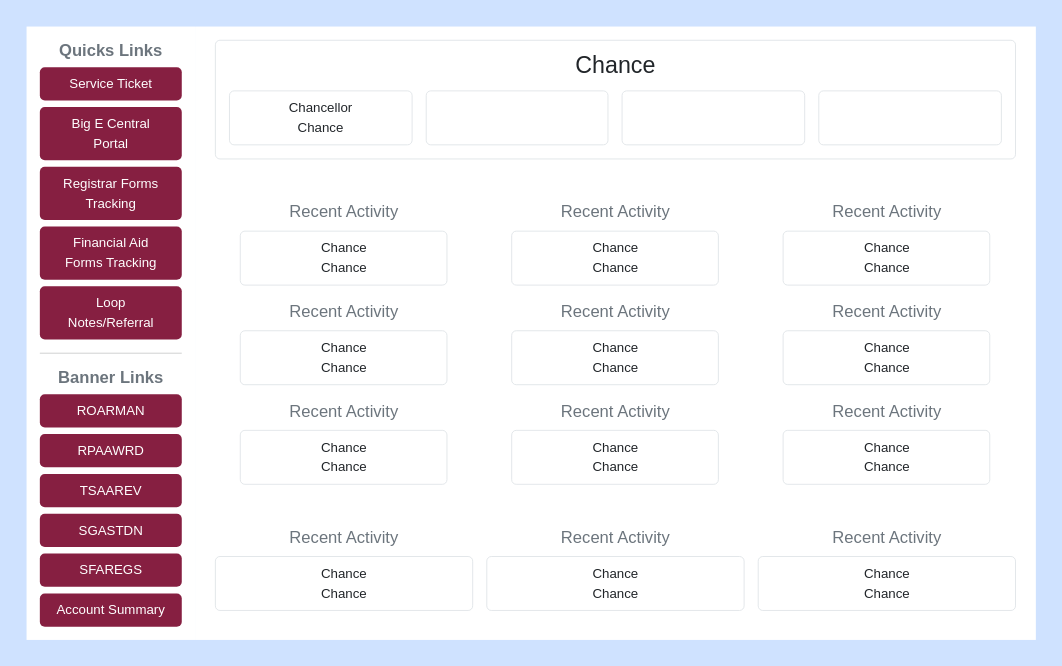
Repository: chancellor-w-whitaker/bec-tab
Page: /
An editor plug-in stored every save of this project. The page is shown before and after the next save, followed by the edit.
The browser window is 1280 px wide. The pictures show the whole page, at 83% of full size.
Some web fonts or font styles are not loaded; a fallback is used. The project was rebuilt for these pictures with package versions that can differ from the ones it lists, and the page was loaded fresh each time. Also part of the build but not shown: vite.config.js.

Above is the page before, as saved 2024-01-07 18:20:49.

### src/main.jsx
// Bootstrap Bundle JS
import "bootstrap/dist/js/bootstrap.bundle.min";
// Bootstrap CSS
import "bootstrap/dist/css/bootstrap.min.css";
import ReactDOM from "react-dom/client";
import React from "react";

import App from "./App.jsx";
import "./index.css";

ReactDOM.createRoot(document.getElementById("root")).render(
  <React.StrictMode>
    <App />
  </React.StrictMode>
);

### src/App.jsx
import { useEffect } from "react";

import "./App.css";

const useBodyBgVariant = (bgVariant = "body-tertiary") => {
  useEffect(() => {
    document.body.classList.add(`bg-${bgVariant}`);

    return () => {
      document.body.classList.remove(`bg-${bgVariant}`);
    };
  }, [bgVariant]);
};

const Card = ({
  children = (
    <>
      <div>Chance</div>
      <div>Chance</div>
    </>
  ),
  title = "Recent Activity",
  width = 250,
}) => {
  return (
    <>
      <div className="d-flex flex-column gap-2 text-center" style={{ width }}>
        <div className="fs-5 text-secondary fw-medium">{title}</div>
        <div className="p-2 border rounded bg-white">{children}</div>
      </div>
    </>
  );
};

const NavItem = ({ href = "https://www.eku.edu/", ...rest }) => {
  return (
    <li className="nav-item">
      <a
        style={{ backgroundColor: "#861f41" }}
        className="nav-link active"
        aria-current="page"
        rel="noreferrer"
        target="_blank"
        href={href}
        {...rest}
      ></a>
    </li>
  );
};

const Sidebar = () => {
  return (
    <>
      <div className="sidebar col-md-3 col-lg-2 p-3 bg-white">
        <div className="d-flex flex-column text-center">
          <div className="fs-5 mb-2 lh-sm fw-semibold text-secondary">
            Quicks Links
          </div>
          <ul className="nav nav-pills flex-column gap-2">
            <NavItem>Service Ticket</NavItem>
            <NavItem>Big E Central Portal</NavItem>
            <NavItem>Registrar Forms Tracking</NavItem>
            <NavItem>Financial Aid Forms Tracking</NavItem>
            <NavItem>Loop Notes/Referral</NavItem>
          </ul>
        </div>
        <hr></hr>
        <div className="d-flex flex-column text-center">
          <div className="fs-5 mb-2 lh-sm fw-semibold text-secondary">
            Banner Links
          </div>
          <ul className="nav nav-pills flex-column gap-2">
            <NavItem>ROARMAN</NavItem>
            <NavItem>RPAAWRD</NavItem>
            <NavItem>TSAAREV</NavItem>
            <NavItem>SGASTDN</NavItem>
            <NavItem>SFAREGS</NavItem>
            <NavItem>Account Summary</NavItem>
          </ul>
        </div>
      </div>
    </>
  );
};

const Main = () => {
  return (
    <>
      <div className="col-md-9 ms-sm-auto col-lg-10 px-md-4 py-3 bg-white">
        <div className="d-flex flex-column gap-5">
          {/* <div className="text-bg-light p-2"></div> */}
          {/* <Card width={"auto"}></Card> */}
          <div className="rounded border text-center p-3 d-flex flex-column gap-3">
            <div className="fs-3 lh-1">Chance</div>
            <div className="d-flex gap-3">
              <div className="border rounded p-2 d-flex flex-column w-100">
                <div>Chancellor</div>
                <p className="mb-0">Chance</p>
              </div>
              <div className="border rounded p-2 d-flex flex-column w-100">
                <div></div>
                <div></div>
              </div>
              <div className="border rounded p-2 d-flex flex-column w-100">
                <div></div>
                <div></div>
              </div>
              <div className="border rounded p-2 d-flex flex-column w-100">
                <div></div>
                <div></div>
              </div>
            </div>
          </div>
          <div className="d-flex flex-row flex-wrap justify-content-around gap-3">
            <Card></Card>
            <Card></Card>
            <Card></Card>
            <Card></Card>
            <Card></Card>
            <Card></Card>
            <Card></Card>
            <Card></Card>
            <Card></Card>
          </div>
          <div className="d-flex flex-row gap-3">
            <Card width="100%"></Card>
            <Card width="100%"></Card>
            <Card width="100%"></Card>
          </div>
        </div>
      </div>
    </>
  );
};

const App = () => {
  useBodyBgVariant("primary-subtle");

  return (
    <div className="container-fluid">
      <div className="row">
        <Sidebar></Sidebar>
        <Main></Main>
      </div>
    </div>
  );
};

export default App;

### src/index.css
@font-face {
  font-family: poppins;
  font-style: normal;
  font-weight: 400;
  src: local("Poppins"),
    url(https://fonts.cdnfonts.com/s/16009/Poppins-Regular.woff) format("woff");
}
@font-face {
  font-family: poppins;
  font-style: normal;
  font-weight: 400;
  src: local("Poppins"),
    url(https://fonts.cdnfonts.com/s/16009/Poppins-Regular.woff) format("woff");
}
@font-face {
  font-family: poppins;
  font-style: italic;
  font-weight: 400;
  src: local("Poppins"),
    url(https://fonts.cdnfonts.com/s/16009/Poppins-Italic.woff) format("woff");
}
@font-face {
  font-family: poppins;
  font-style: italic;
  font-weight: 400;
  src: local("Poppins"),
    url(https://fonts.cdnfonts.com/s/16009/Poppins-Italic.woff) format("woff");
}
@font-face {
  font-family: poppins;
  font-style: normal;
  font-weight: 250;
  src: local("Poppins"),
    url(https://fonts.cdnfonts.com/s/16009/Poppins-Thin.woff) format("woff");
}
@font-face {
  font-family: poppins;
  font-style: normal;
  font-weight: 250;
  src: local("Poppins"),
    url(https://fonts.cdnfonts.com/s/16009/Poppins-Thin.woff) format("woff");
}
@font-face {
  font-family: poppins;
  font-style: italic;
  font-weight: 250;
  src: local("Poppins"),
    url(https://fonts.cdnfonts.com/s/16009/Poppins-ThinItalic.woff)
      format("woff");
}
@font-face {
  font-family: poppins;
  font-style: italic;
  font-weight: 250;
  src: local("Poppins"),
    url(https://fonts.cdnfonts.com/s/16009/Poppins-ThinItalic.woff)
      format("woff");
}
@font-face {
  font-family: poppins;
  font-style: normal;
  font-weight: 275;
  src: local("Poppins"),
    url(https://fonts.cdnfonts.com/s/16009/Poppins-ExtraLight.woff)
      format("woff");
}
@font-face {
  font-family: poppins;
  font-style: normal;
  font-weight: 275;
  src: local("Poppins"),
    url(https://fonts.cdnfonts.com/s/16009/Poppins-ExtraLight.woff)
      format("woff");
}
@font-face {
  font-family: poppins;
  font-style: italic;
  font-weight: 275;
  src: local("Poppins"),
    url(https://fonts.cdnfonts.com/s/16009/Poppins-ExtraLightItalic.woff)
      format("woff");
}
@font-face {
  font-family: poppins;
  font-style: italic;
  font-weight: 275;
  src: local("Poppins"),
    url(https://fonts.cdnfonts.com/s/16009/Poppins-ExtraLightItalic.woff)
      format("woff");
}
@font-face {
  font-family: poppins;
  font-style: normal;
  font-weight: 300;
  src: local("Poppins"),
    url(https://fonts.cdnfonts.com/s/16009/Poppins-Light.woff) format("woff");
}
@font-face {
  font-family: poppins;
  font-style: normal;
  font-weight: 300;
  src: local("Poppins"),
    url(https://fonts.cdnfonts.com/s/16009/Poppins-Light.woff) format("woff");
}
@font-face {
  font-family: poppins;
  font-style: italic;
  font-weight: 300;
  src: local("Poppins"),
    url(https://fonts.cdnfonts.com/s/16009/Poppins-LightItalic.woff)
      format("woff");
}
@font-face {
  font-family: poppins;
  font-style: italic;
  font-weight: 300;
  src: local("Poppins"),
    url(https://fonts.cdnfonts.com/s/16009/Poppins-LightItalic.woff)
      format("woff");
}
@font-face {
  font-family: poppins;
  font-style: normal;
  font-weight: 500;
  src: local("Poppins"),
    url(https://fonts.cdnfonts.com/s/16009/Poppins-Medium.woff) format("woff");
}
@font-face {
  font-family: poppins;
  font-style: normal;
  font-weight: 500;
  src: local("Poppins"),
    url(https://fonts.cdnfonts.com/s/16009/Poppins-Medium.woff) format("woff");
}
@font-face {
  font-family: poppins;
  font-style: italic;
  font-weight: 500;
  src: local("Poppins"),
    url(https://fonts.cdnfonts.com/s/16009/Poppins-MediumItalic.woff)
      format("woff");
}
@font-face {
  font-family: poppins;
  font-style: italic;
  font-weight: 500;
  src: local("Poppins"),
    url(https://fonts.cdnfonts.com/s/16009/Poppins-MediumItalic.woff)
      format("woff");
}
@font-face {
  font-family: poppins;
  font-style: normal;
  font-weight: 600;
  src: local("Poppins"),
    url(https://fonts.cdnfonts.com/s/16009/Poppins-SemiBold.woff) format("woff");
}
@font-face {
  font-family: poppins;
  font-style: normal;
  font-weight: 600;
  src: local("Poppins"),
    url(https://fonts.cdnfonts.com/s/16009/Poppins-SemiBold.woff) format("woff");
}
@font-face {
  font-family: poppins;
  font-style: italic;
  font-weight: 600;
  src: local("Poppins"),
    url(https://fonts.cdnfonts.com/s/16009/Poppins-SemiBoldItalic.woff)
      format("woff");
}
@font-face {
  font-family: poppins;
  font-style: italic;
  font-weight: 600;
  src: local("Poppins"),
    url(https://fonts.cdnfonts.com/s/16009/Poppins-SemiBoldItalic.woff)
      format("woff");
}
@font-face {
  font-family: poppins;
  font-style: normal;
  font-weight: 700;
  src: local("Poppins"),
    url(https://fonts.cdnfonts.com/s/16009/Poppins-Bold.woff) format("woff");
}
@font-face {
  font-family: poppins;
  font-style: normal;
  font-weight: 700;
  src: local("Poppins"),
    url(https://fonts.cdnfonts.com/s/16009/Poppins-Bold.woff) format("woff");
}
@font-face {
  font-family: poppins;
  font-style: italic;
  font-weight: 700;
  src: local("Poppins"),
    url(https://fonts.cdnfonts.com/s/16009/Poppins-BoldItalic.woff)
      format("woff");
}
@font-face {
  font-family: poppins;
  font-style: italic;
  font-weight: 700;
  src: local("Poppins"),
    url(https://fonts.cdnfonts.com/s/16009/Poppins-BoldItalic.woff)
      format("woff");
}
@font-face {
  font-family: poppins;
  font-style: normal;
  font-weight: 800;
  src: local("Poppins"),
    url(https://fonts.cdnfonts.com/s/16009/Poppins-ExtraBold.woff)
      format("woff");
}
@font-face {
  font-family: poppins;
  font-style: normal;
  font-weight: 800;
  src: local("Poppins"),
    url(https://fonts.cdnfonts.com/s/16009/Poppins-ExtraBold.woff)
      format("woff");
}
@font-face {
  font-family: poppins;
  font-style: italic;
  font-weight: 800;
  src: local("Poppins"),
    url(https://fonts.cdnfonts.com/s/16009/Poppins-ExtraBoldItalic.woff)
      format("woff");
}
@font-face {
  font-family: poppins;
  font-style: italic;
  font-weight: 800;
  src: local("Poppins"),
    url(https://fonts.cdnfonts.com/s/16009/Poppins-ExtraBoldItalic.woff)
      format("woff");
}
@font-face {
  font-family: poppins;
  font-style: normal;
  font-weight: 900;
  src: local("Poppins"),
    url(https://fonts.cdnfonts.com/s/16009/Poppins-Black.woff) format("woff");
}
@font-face {
  font-family: poppins;
  font-style: normal;
  font-weight: 900;
  src: local("Poppins"),
    url(https://fonts.cdnfonts.com/s/16009/Poppins-Black.woff) format("woff");
}
@font-face {
  font-family: poppins;
  font-style: italic;
  font-weight: 900;
  src: local("Poppins"),
    url(https://fonts.cdnfonts.com/s/16009/Poppins-BlackItalic.woff)
      format("woff");
}
@font-face {
  font-family: poppins;
  font-style: italic;
  font-weight: 900;
  src: local("Poppins"),
    url(https://fonts.cdnfonts.com/s/16009/Poppins-BlackItalic.woff)
      format("woff");
}

:root,
[data-bs-theme="light"] {
  --bs-font-sans-serif: "Poppins", sans-serif;

  --bs-box-shadow: 0px 3px 3px -2px rgba(0, 0, 0, 0.2),
    0px 3px 4px 0px rgba(0, 0, 0, 0.14), 0px 1px 8px 0px rgba(0, 0, 0, 0.12);
  --bs-box-shadow-sm: 0px 3px 1px -2px rgba(0, 0, 0, 0.2),
    0px 2px 2px 0px rgba(0, 0, 0, 0.14), 0px 1px 5px 0px rgba(0, 0, 0, 0.12);
  --bs-box-shadow-lg: 0px 2px 4px -1px rgba(0, 0, 0, 0.2),
    0px 4px 5px 0px rgba(0, 0, 0, 0.14), 0px 1px 10px 0px rgba(0, 0, 0, 0.12);
}

Loaded but not shown: index.html (common file); src/App.css (common file)

After the next save:
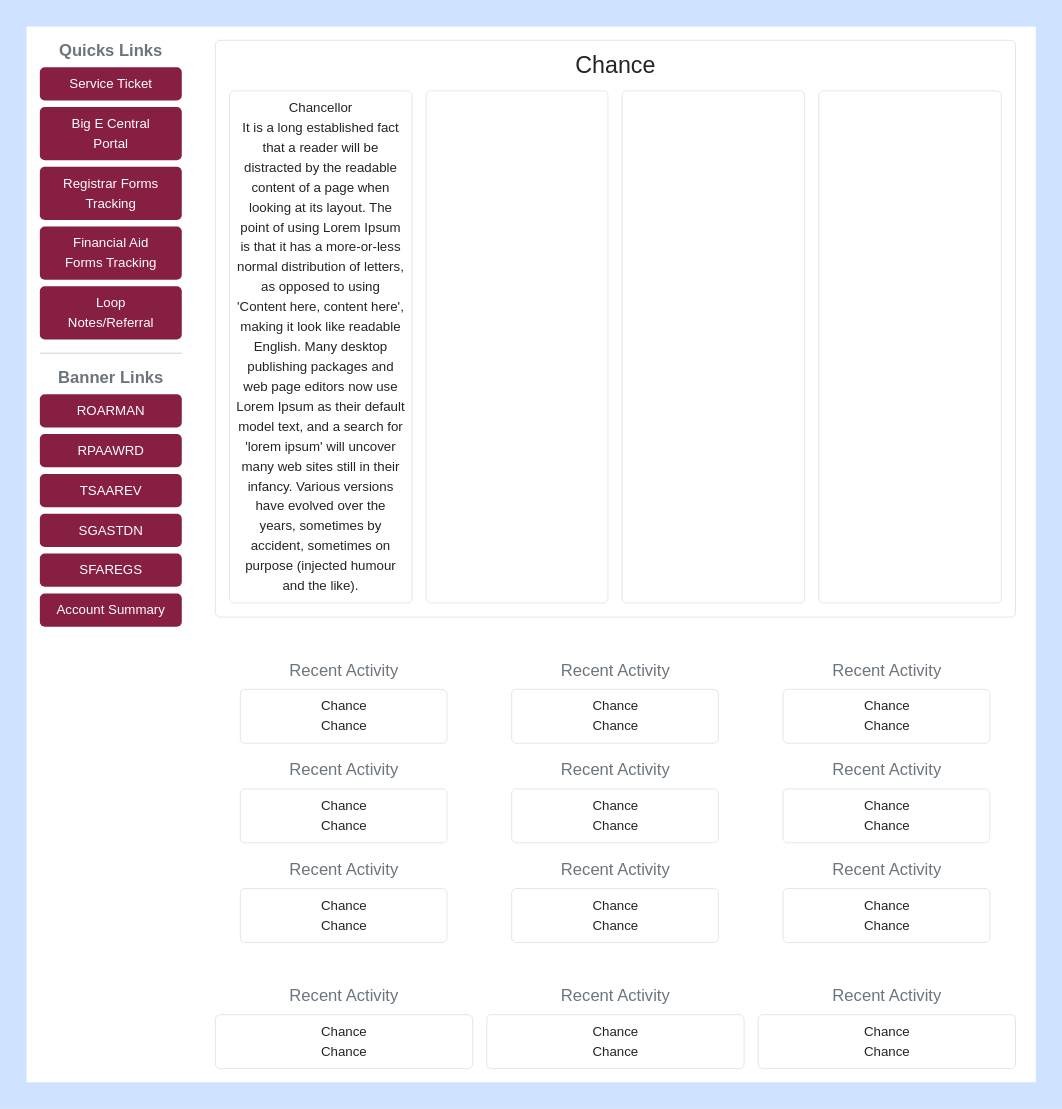
Saved 30 s later.
--- a/src/App.jsx
+++ b/src/App.jsx
@@ -95,7 +95,19 @@ const Main = () => {
             <div className="d-flex gap-3">
               <div className="border rounded p-2 d-flex flex-column w-100">
                 <div>Chancellor</div>
-                <p className="mb-0">Chance</p>
+                <p className="mb-0">
+                  It is a long established fact that a reader will be distracted
+                  by the readable content of a page when looking at its layout.
+                  The point of using Lorem Ipsum is that it has a more-or-less
+                  normal distribution of letters, as opposed to using 'Content
+                  here, content here', making it look like readable English.
+                  Many desktop publishing packages and web page editors now use
+                  Lorem Ipsum as their default model text, and a search for
+                  'lorem ipsum' will uncover many web sites still in their
+                  infancy. Various versions have evolved over the years,
+                  sometimes by accident, sometimes on purpose (injected humour
+                  and the like).
+                </p>
               </div>
               <div className="border rounded p-2 d-flex flex-column w-100">
                 <div></div>
